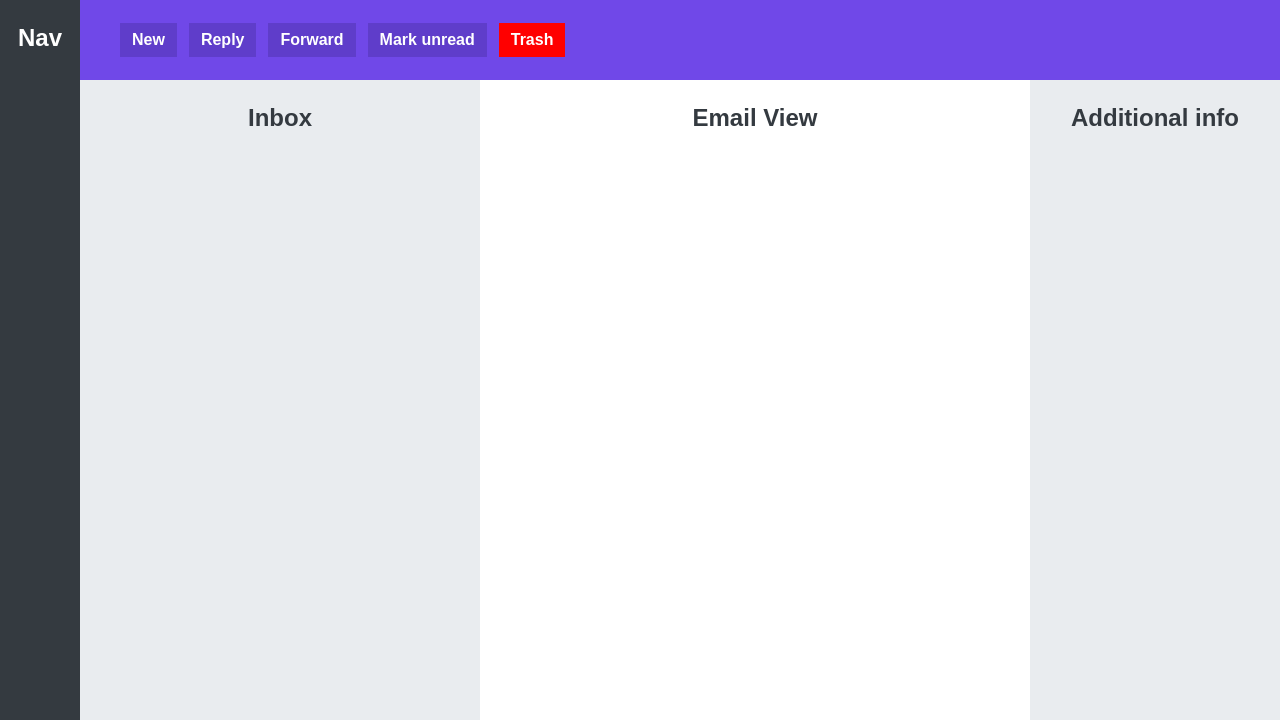
Repository: sunny070/CSS
Page: HTML and CSS some of the important components/06_app-layout.html
An editor plug-in stored every save of this project. The page is shown before and after a run of saves, followed by the edit.
The browser window is 1280 px wide. The pictures show the whole page.

Above is the page before, as saved 2023-11-17 14:03:14.

After the next 2 saves:
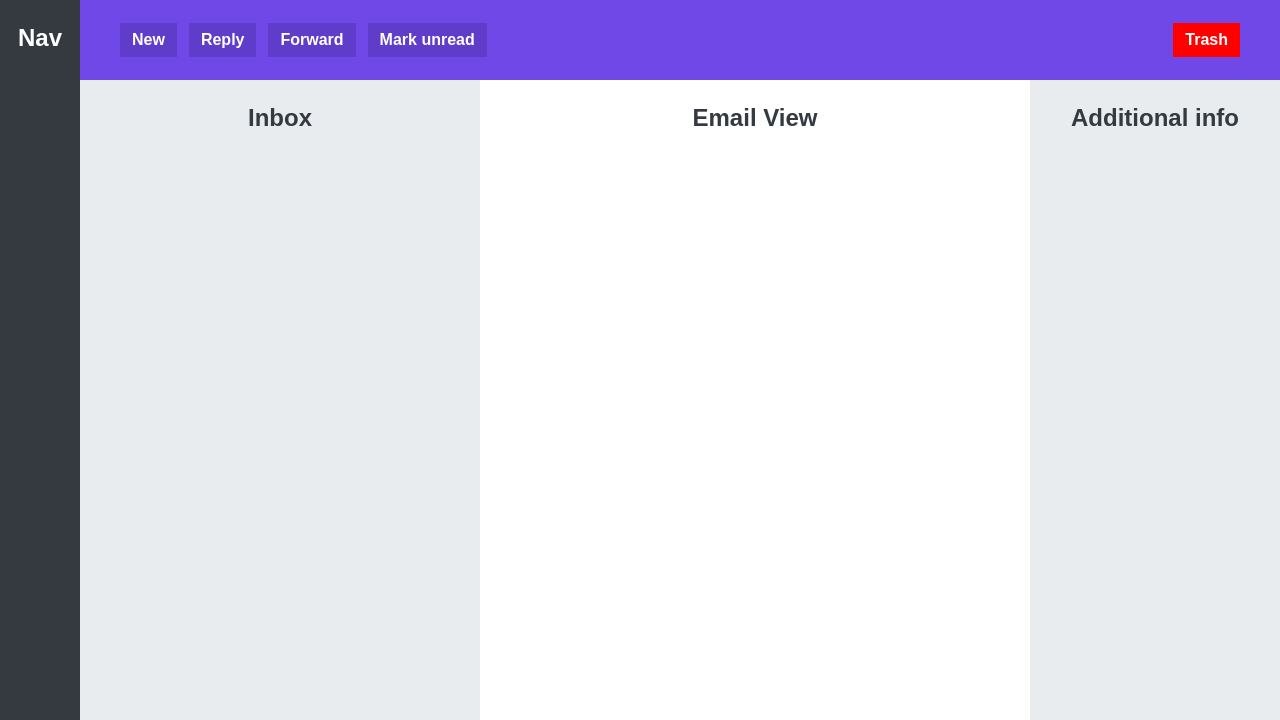
The 2 saves are shown as one change because they came seconds apart.
The last was saved 8 s later.
--- a/HTML and CSS some of the important components/06_app-layout.html
+++ b/HTML and CSS some of the important components/06_app-layout.html
@@ -48,7 +48,7 @@
             padding: 8px 12px;
         }
         button:last-child{
-            margin: ;
+            margin-left:auto ;
             background-color:red;
         }
         section{
